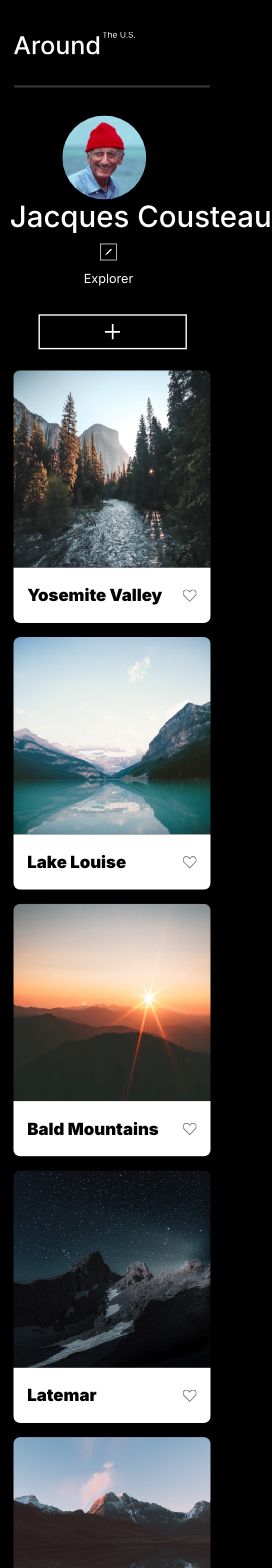
Repository: luisbaezx/se_project_aroundtheus
Page: index.html
These files come from the project's save history. The page is drawn as it stood at one moment and after the next save; the edit follows.
The browser window is 320 px wide. The page is 388 px wide, so the pictures cover 388 px, including what lies to the right of the window. The pictures show the part of the page from y = 0 to 2240 px (the page is 2916 px tall), at 70% of full size.

Above is the page before, as saved 2024-05-28 18:46:06.

### index.html
<!DOCTYPE html>
<html lang="en">
  <head>
    <meta charset="UTF-8" />
    <meta name="viewport" content="width=device-width, user-scalable=no,
    initial-scale=1/>
    <meta content="ie=edge" http-equiv="X-UA-Compatible" />
    <title>Around The U.S</title>
    <link href="./pages/index.css" rel="stylesheet" />
  </head>
  <body class="page">
    <div class="page__content">
      <header class="header page__section">
        <img
          src="./images/logo.svg"
          alt="Around the U.S. Logo"
          class="header__image"
        />
      </header>
      <main class="content">
        <section class="profile page__section">
          <img
            src="./images/jacques-cousteau.jpg"
            alt="Avatar"
            class="profile__image"
          />
          <div class="profile__info">
            <h1 class="profile__title">Jacques Cousteau</h1>
            <button class="profile__edit-button"></button>
            <p class="profile__description">Explorer</p>
          </div>
          <button class="profile__add-button"></button>
        </section>
        <section class="cards page__section">
          <ul class="card__list">
            <li class="card">
              <img src="./images/yosemite.jpg" class="card__image" />
              <div class="card__description">
                <h2 class="card__title">Yosemite Valley</h2>
                <button class="card__like-button"></button>
              </div>
            </li>
            <li class="card">
              <img src="./images/lake-louise.jpg" class="card__image" />
              <div class="card__description">
                <h2 class="card__title">Lake Louise</h2>
                <button class="card__like-button"></button>
              </div>
            </li>
            <li class="card">
              <img src="./images/bald-mountains.jpg" class="card__image" />
              <div class="card__description">
                <h2 class="card__title">Bald Mountains</h2>
                <button class="card__like-button"></button>
              </div>
            </li>
            <li class="card">
              <img src="./images/latemar.jpg" class="card__image" />
              <div class="card__description">
                <h2 class="card__title">Latemar</h2>
                <button class="card__like-button"></button>
              </div>
            </li>
            <li class="card">
              <img src="./images/vanoise.jpg" class="card__image" />
              <div class="card__description">
                <h2 class="card__title">Vanoise National Park</h2>
                <button class="card__like-button"></button>
              </div>
            </li>
            <li class="card">
              <img src="./images/lago.jpg" class="card__image" />
              <div class="card__description">
                <h2 class="card__title">Lago di Braies</h2>
                <button class="card__like-button"></button>
              </div>
            </li>
          </ul>
        </section>
      </main>
      <footer class="footer">
        <p class="footer__copyright">&copy; 2024 Around The U.S.</p>
      </footer>
    </div>
  </body>
</html>

### pages/index.css
@import url("../vendor/normalize.css");
@import url("../vendor/fonts.css");
@import url("../blocks/page.css");

### blocks/page.css
.page {
  font-family: Inter, Arial, Helvetica, sans-serif;
  background-color: black;
  color: white;
}

.page__section {
  max-width: 880px;
  width: 100%;
  position: relative;
  margin: 0 auto;
}

.page__content {
  display: flex;
  flex-direction: column;
  min-height: 100vh;
  padding: 0 20px;
}

.header {
  margin-top: 45px;
  border-bottom: solid rgba(84, 84, 84, 0.7);
  padding-bottom: 41px;
}

.header__image {
  width: 173px;
  height: 33px;
  transition: opacity 0.3s ease;
}

.header__image:hover {
  color: #000000;
}

.profile {
  display: flex;
  align-items: center;
  padding-top: 40px;
  min-width: 282px;
}

.profile__info {
  display: grid;
  grid-template-areas:
    "title button"
    "description description";
  grid-template-columns: minmax(auto, 375px) auto;
  margin-right: 12px;
  align-items: center;
  gap: 15px;
}

.profile__edit-button {
  background: transparent url(../images/edit-icon.svg) center no-repeat;
  height: 24px;
  width: 24px;
  grid-area: button;
  border: 1px white solid;
}

.profile__edit-button:hover {
  opacity: 0.6;
}

.profile__add-button {
  background: transparent url(../images/add-icon.svg) center no-repeat;
  width: 150px;
  height: 50px;
  margin-left: auto;
  border: 2px white solid;
  transition: opacity 0.3s ease;
}

.profile__add-button:hover {
  opacity: 0.6;
}
.profile__title {
  font-size: 42px;
  line-height: 48px;
  font-weight: 500;
  grid-area: title;
  margin: 0;
  text-overflow: ellipsis;
  white-space: nowrap;
  min-width: 282px;
}

.profile__description {
  font-size: 18px;
  line-height: 22px;
  font-weight: 400;
  grid-area: description;
  margin: 0;
  text-overflow: ellipsis;
  white-space: nowrap;
  overflow: hidden;
  max-width: 370px;
}

.profile__image {
  height: 120px;
  width: 120px;
  border-radius: 50%;
  object-fit: cover;
  background-position: center;
  margin-right: 24px;
}

.cards {
  margin-top: 30px;
  border-radius: 10px;
}

.card__list {
  display: grid;
  justify-content: center;
  grid-template-columns: repeat(auto-fit, 282px);
  grid-gap: 20px 17px;
  padding: 0;
  margin: 0;
}

.card {
  display: flex;
  flex-direction: column;
  list-style: none;
  border-radius: 10px;
  overflow: hidden;
}

.card__image {
  width: 282px;
  height: 282px;
}

.card__title {
  max-width: 220px;
  font-size: 24px;
  font-weight: 900;
  line-height: 29px;
  text-overflow: ellipsis;
  white-space: nowrap;
  overflow: hidden;
  margin: 0;
}

.card__description {
  display: flex;
  background-color: white;
  color: black;
  padding-top: 25px;
  padding-bottom: 25px;
  padding-left: 20px;
  padding-right: 20px;
  align-items: center;
  justify-content: space-between;
}

.card__like-button {
  background: transparent url(../images/like-inactive.svg) center no-repeat;
  width: 21px;
  height: 18px;
  border: none;
  transition: opacity 0.3s ease;
}

.card__like-button:hover {
  opacity: 0.5;
}

.footer {
  max-width: 880px;
  width: 100%;
  position: relative;
  margin: 0 auto;
}

.footer__copyright {
  color: #545454;
  padding-top: 35px;
  padding-bottom: 35px;
}

@media screen and (max-width: 770px) {
  .profile {
    flex-direction: column;
  }

  .profile__info {
    display: flex;
    flex-wrap: wrap;
    justify-content: center;
    width: 100%;
  }

  .profile__description {
    width: 100%;
    text-align: center;
    margin-bottom: 40px;
  }

  .profile__add-button {
    margin: 0;
    width: 80%;
  }
}

@media screen and (max-width: 620px) {
  .profile {
    flex-direction: column;
  }

  .profile__info {
    display: flex;
    flex-wrap: wrap;
    justify-content: center;
    width: 100%;
  }

  .profile__description {
    width: 100%;
    text-align: center;
    margin-bottom: 40px;
  }

  .profile__add-button {
    margin: 0;
    width: 65%;
  }
}

@media screen and (max-width: 500px) {
  .profile {
    flex-direction: column;
  }

  .profile__info {
    display: flex;
    flex-wrap: wrap;
    justify-content: center;
    width: 100%;
  }

  .profile__description {
    width: 100%;
    text-align: center;
    margin-bottom: 40px;
  }

  .profile__add-button {
    margin: 0;
    width: 65%;
  }
}
@media screen and (max-width: 320px) {
  .profile {
    flex-direction: column;
  }
  .profile__add-button {
    margin: 0;
    width: 75%;
  }
}

Loaded but not shown: vendor/normalize.css (library); vendor/fonts.css (common file)

After the next save:
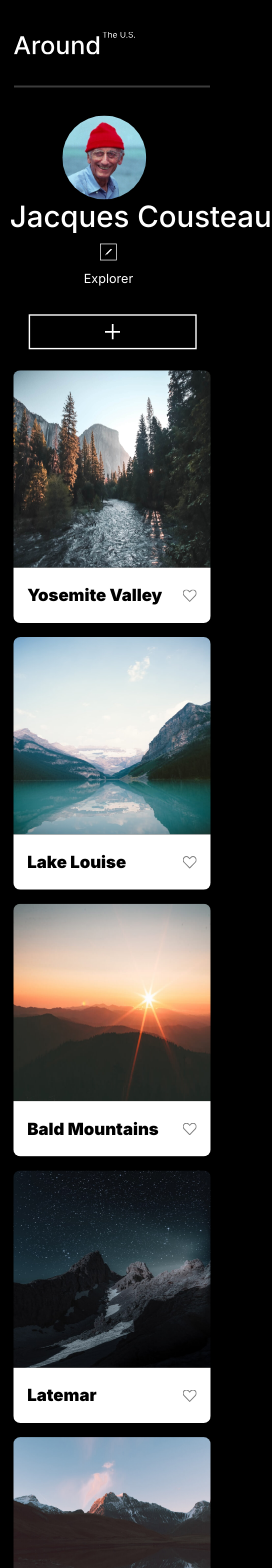
Saved 9 s later.
--- a/blocks/page.css
+++ b/blocks/page.css
@@ -260,6 +260,6 @@
   }
   .profile__add-button {
     margin: 0;
-    width: 75%;
-  }
-}
+    width: 85%;
+  }
+}
